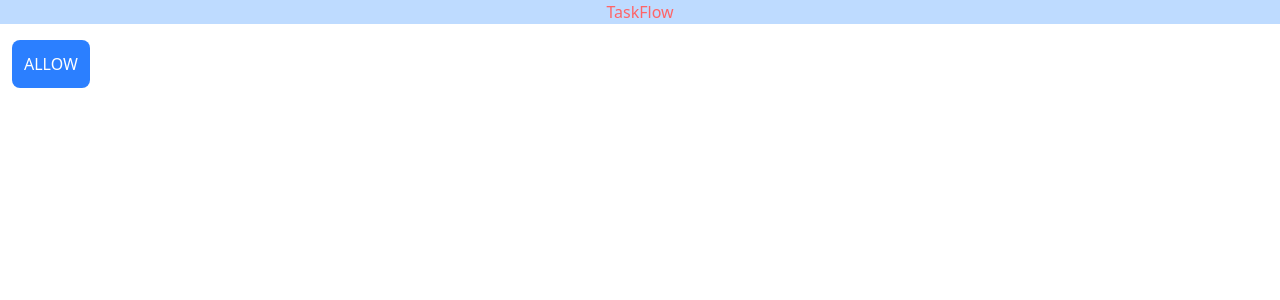
Repository: Manny1294/Taskflow
Page: /
An editor plug-in stored every save of this project. The page is shown before and after the next save, followed by the edit.
The browser window is 1280 px wide. The pictures show the whole page.
The project was rebuilt for these pictures with package versions that can differ from the ones it lists, and the page was loaded fresh each time. Also part of the build but not shown: vite.config.js.

Above is the page before, as saved 2026-02-11 06:44:33.

### index.html
<!doctype html>
<html lang="en">
  <head>
    <meta charset="UTF-8" />
    <link rel="icon" type="image/svg+xml" href="/vite.svg" />
    <meta name="viewport" content="width=device-width, initial-scale=1.0" />
    <title>taskflow</title>
  </head>
  <body>
    <div id="root"></div>
    <script type="module" src="/src/main.jsx"></script>
  </body>
</html>

### src/App.jsx
export default function App() {
  return (
    <>
      <h1 className="text-red-400 bg-blue-200 flex items-center justify-center ">
        TaskFlow
      </h1>
      <button className="border-green-300 rounded-lg bg-blue-500 my-4 mx-3 p-3 text-white">
        ALLOW
      </button>
    </>
  );
}

Loaded but not shown: src/main.jsx (common file); src/index.css (common file)

After the next save:
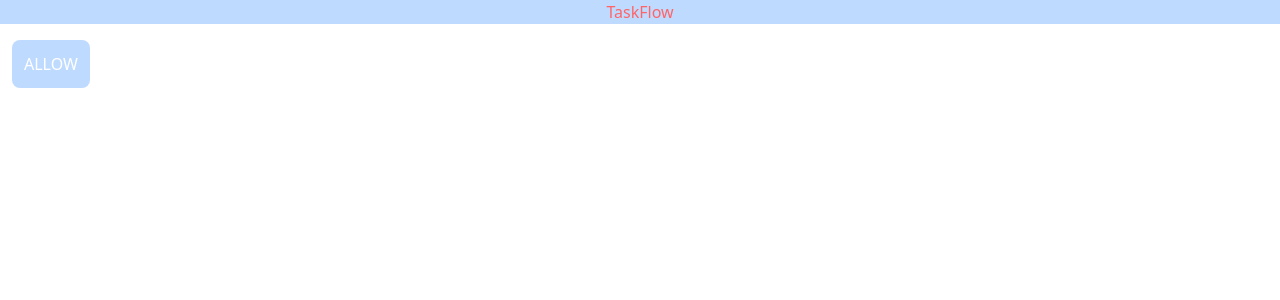
Saved 11 s later.
--- a/src/App.jsx
+++ b/src/App.jsx
@@ -4,7 +4,7 @@ export default function App() {
       <h1 className="text-red-400 bg-blue-200 flex items-center justify-center ">
         TaskFlow
       </h1>
-      <button className="border-green-300 rounded-lg bg-blue-500 my-4 mx-3 p-3 text-white">
+      <button className="border-green-300 rounded-lg bg-blue-200 my-4 mx-3 p-3 text-white">
         ALLOW
       </button>
     </>
